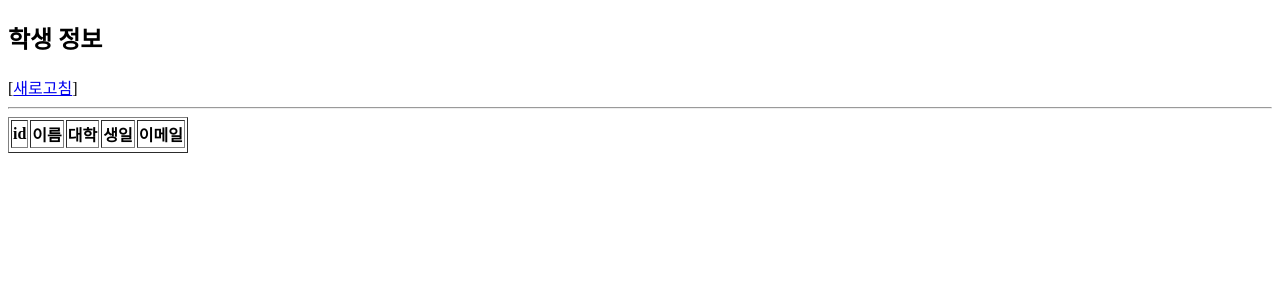
Repository: seongmin36/Learn_JSP
Page: http://localhost/KrongNewProject4.0/studentInfo.jsp
The author's editor kept a copy of each file at every save. The page is drawn from the files as they stood at one save, then again after a run of saves.
The browser window is 1280 px wide. The pictures show the whole page.
The page is served by Tomcat 9. Other server files are loaded and not shown.

Above is the page before, as saved 2025-06-12 01:33:41.

### eclipse-workspace/KrongNewProject4.0/src/main/webapp/studentInfo.jsp
<%@ page language="java" contentType="text/html; charset=UTF-8"
    pageEncoding="UTF-8"%>
<%@ taglib uri="http://java.sun.com/jsp/jstl/core" prefix="c" %>

<!DOCTYPE html>
<html>
<head>
<meta charset="UTF-8">
<title>학생정보 DB API 가져오기</title>
</head>
<body>
	<h2>학생 정보</h2>
	[<a href="/KrongNewProject/studentControl">새로고침</a>]
	<hr>
	<table border="1">
		<tr>
			<th scope="col">id</th>
			<th scope="col">이름</th>
			<th scope="col">대학</th>
			<th scope="col">생일</th>
			<th scope="col">이메일</th>
		</tr>

		<tr>

		</tr>
	</table>
</body>
</html>

After the next 3 saves:
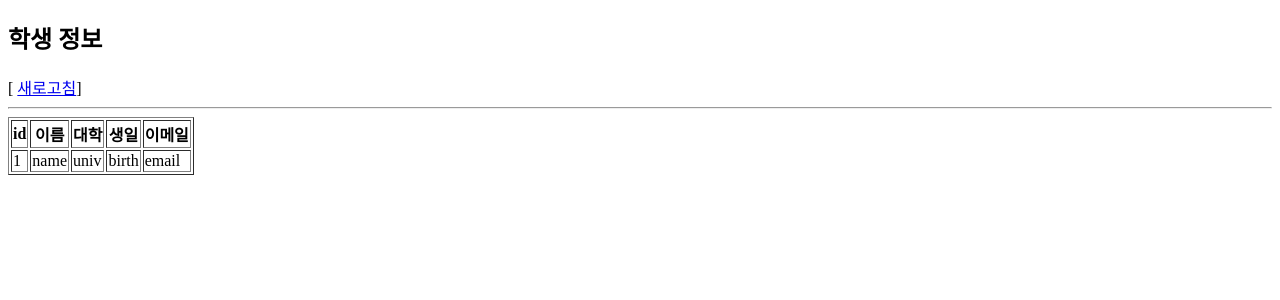
The 3 saves are shown as one change because 2 did not build or start.
The last was saved 6 min 7 s later.
--- a/eclipse-workspace/KrongNewProject4.0/src/main/webapp/studentInfo.jsp
+++ b/eclipse-workspace/KrongNewProject4.0/src/main/webapp/studentInfo.jsp
@@ -1,6 +1,6 @@
 <%@ page language="java" contentType="text/html; charset=UTF-8"
-    pageEncoding="UTF-8"%>
-<%@ taglib uri="http://java.sun.com/jsp/jstl/core" prefix="c" %>
+	pageEncoding="UTF-8"%>
+<%@ taglib uri="http://java.sun.com/jsp/jstl/core" prefix="c"%>
 
 <!DOCTYPE html>
 <html>
@@ -10,7 +10,8 @@
 </head>
 <body>
 	<h2>학생 정보</h2>
-	[<a href="/KrongNewProject/studentControl">새로고침</a>]
+	[
+	<a href="/KrongNewProject/studentControl">새로고침</a>]
 	<hr>
 	<table border="1">
 		<tr>
@@ -20,10 +21,11 @@
 			<th scope="col">생일</th>
 			<th scope="col">이메일</th>
 		</tr>
+			<tr>
+				<td>1</td><td>name</td><td>univ</td>
+				<td>birth</td><td>email</td>
+			</tr>
 
-		<tr>
-
-		</tr>
 	</table>
 </body>
 </html>
